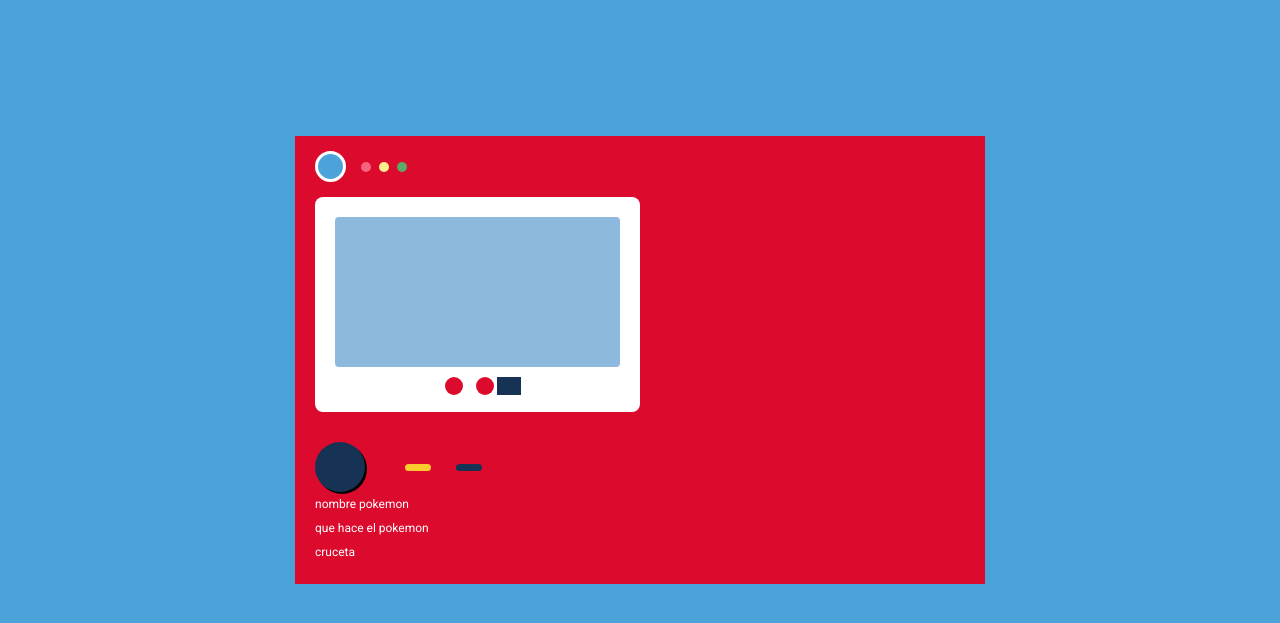
Repository: darkmantiz2/pokedex
Page: index.html
These files come from the project's save history. The page is drawn as it stood at one moment and after the next save; the edit follows.
The browser window is 1280 px wide. The pictures show the whole page.

Above is the page before, as saved 2022-01-19 18:48:21.

### index.html
<!DOCTYPE html>
<html lang="en">
  <head>
    <meta charset="UTF-8" />
    <meta http-equiv="X-UA-Compatible" content="IE=edge" />
    <meta name="viewport" content="width=device-width, initial-scale=1.0" />
    <link
      href="https://fonts.googleapis.com/css2?family=Roboto&display=swap"
      rel="stylesheet"
    />
    <link rel="stylesheet" href="./css/index.css" />
    <title>Pokedex</title>
  </head>
  <body>
    <div class="container">
      <section class="pokedex">
        <div class="pokedex-info">
          <div class="pokedex-cam">
            <span class="pokedex-cam-circle-blue"></span>
            <span class="pokedex-cam-circle-red"></span>
            <span class="pokedex-cam-circle-yellow"></span>
            <span class="pokedex-cam-circle-green"></span>
          </div>
          <div class="pokedex-screen">
            <div class="pokedex-screen-pokemon"></div>
            <div class="pokedex-screen-redpoint1"></div>
            <div class="pokedex-screen-redpoint2"></div>
            <div class="pokedex-screen-lines">
              <span class="pokedex-screen-lines-line"></span>
              <span class="pokedex-screen-lines-line"></span>
              <span class="pokedex-screen-lines-line"></span>
              <span class="pokedex-screen-lines-line"></span>
            </div>
          </div>

          <div class="pokedex-buttons">
            <div class="pokedex-buttons-circle"></div>
            <div class="pokedex-buttons-yellow"></div>
            <div class="pokedex-buttons-darkblue"></div>
        </div>
          <div class="container-info">
            <div class="pokemon-name">nombre pokemon</div>
            <div class="pokemon-description">que hace el pokemon</div>
            <div class="select-button">cruceta</div>
          </div>
        </div>
        <div class="pokedex-stats"></div>
      </section>
    </div>
  </body>
</html>

### css/index.css

:root {
  --white: #fffffe;
  --black: #300f16;
  --primary: #dc0a2d;
  --green:#5baa67;
  --red :#f4647d ;
  --yellow-light:#feef8d;
  --secondary: #163355;
  --blue: #4ca3d9;
  --body1: 400 0.75rem/1.5rem Roboto;
  --body3: 400 0.5rem/0.4556451737880707rem Roboto;
  --body2-regular: 400 0.75rem/1.375rem Space Mono;
}

body {
  color: var(--white);
  background-color: var(--blue);
  font: var(--body1);
  margin: 0;

}

.container {
  display: flex;
  justify-content: center;
  align-items: center;
  height: 100vh;
}

.pokedex{
  background-color: var(--primary);
  width: 650px;
  display: flex;
  justify-content: center;
  align-items: center;
  padding: 15px 20px 20px 20px;

}

.pokedex-info {
  width: 50%;
}

.pokedex-stats {
  width: 50%;
}

.pokedex-cam{
  display: flex;
  align-items: center;
  padding-bottom: 15px;
}

.pokedex-cam-circle-blue {
  display: inline-block;
  width: 25px;
  height: 25px;
  border-radius: 50%;
  background: var(--blue);
  border: 3px solid white;
  margin-right: 15px;
}

.pokedex-cam-circle-red{
  display: inline-block;
  width: 10px;
  height: 10px;
  border-radius: 50%;
  background: var(--red);
  margin-right: 8px;
}

.pokedex-cam-circle-yellow{
  display: inline-block;
  width: 10px;
  height: 10px;
  border-radius: 50%;
  background: var(--yellow-light);
  margin-right: 8px;
}

.pokedex-cam-circle-green{
  display: inline-block;
  width: 10px;
  height: 10px;
  border-radius: 50%;
  background: var(--green);
  margin-right: 8px;
}

.pokedex-screen{
  background: white;
  width: 100%;
  height: 215px;
  border-radius: 8px;
  padding: 20px;
  box-sizing: border-box;
}

.pokedex-screen-pokemon {
  background: #8db9dc;
  height: 150px;
  border-radius: 4px;

}

.pokedex-screen-redpoint1{
  display: inline-block;
  width: 18px;
  height: 18px;
  border-radius: 50%;
  background: var(--primary);
  margin-left: 110px;
  margin-top: 10px;
}

.pokedex-screen-redpoint2{
  display: inline-block;
  width: 18px;
  height: 18px;
  border-radius: 50%;
  background: var(--primary);
  margin-left: 10px;
}

.pokedex-screen-lines{
  display: inline-block;
  width: 24px;
  height: 18px;
  background: var(--secondary);1
}

.pokedex-buttons{
  box-sizing: border-box;
  align-items: center;
  display: flex;
  margin-top: 30px;
}

.pokedex-buttons-circle{
  width: 50px;
  height: 50px;
  border-radius: 50%;
  background: var(--secondary);
  margin-right: 40px;
  box-shadow: 2px 2px black;
}

.pokedex-buttons-yellow{
  width: 26px;
  height: 7px;
  border-radius: 4px;
  background: #fdcb2f;
  margin-right: 25px;
}

.pokedex-buttons-darkblue{
  width: 26px;
  height: 7px;
  border-radius: 4px;
  background: var(--secondary);
}

After the next save:
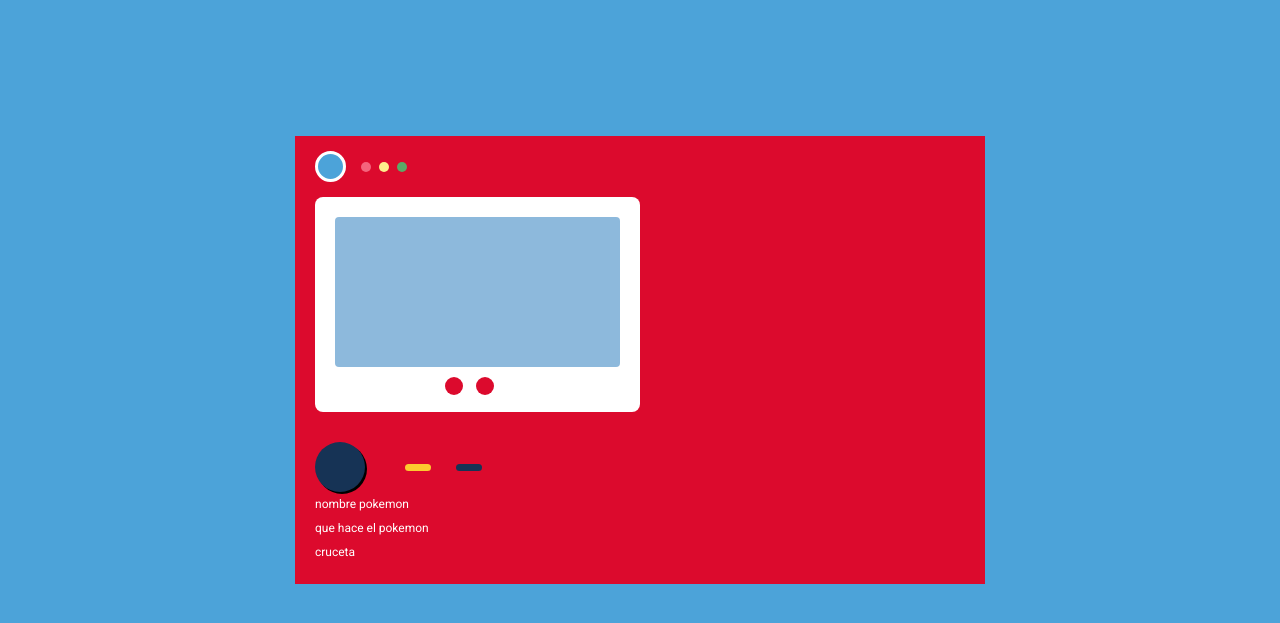
Saved 2 min 56 s later.
--- a/css/index.css
+++ b/css/index.css
@@ -128,6 +128,11 @@
   display: inline-block;
   width: 24px;
   height: 18px;
+}
+
+.pokedex-screen-lines-line{
+  width: 1px;
+  height: 1px;
   background: var(--secondary);1
 }
 
